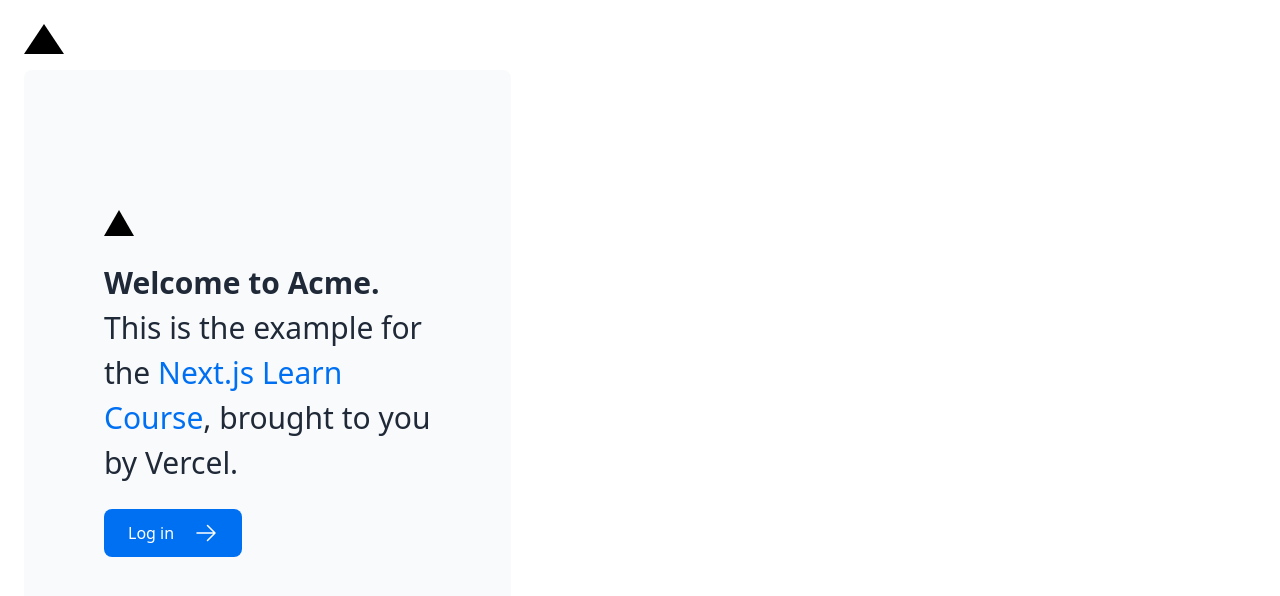
Repository: xnxnxnxn/nextjs-dashboard
Page: /
An editor plug-in stored every save of this project. The page is shown before and after a run of saves, followed by the edit.
The browser window is 1280 px wide. The pictures show the whole page.
The project was rebuilt for these pictures with package versions that can differ from the ones it lists, and the page was loaded fresh each time. The framework's server and built-in components were replaced by stand-ins that run in the browser. Also part of the build but not shown: next.config.mjs.

Above is the page before, as saved 2024-08-14 16:18:40.

After the next 4 saves:
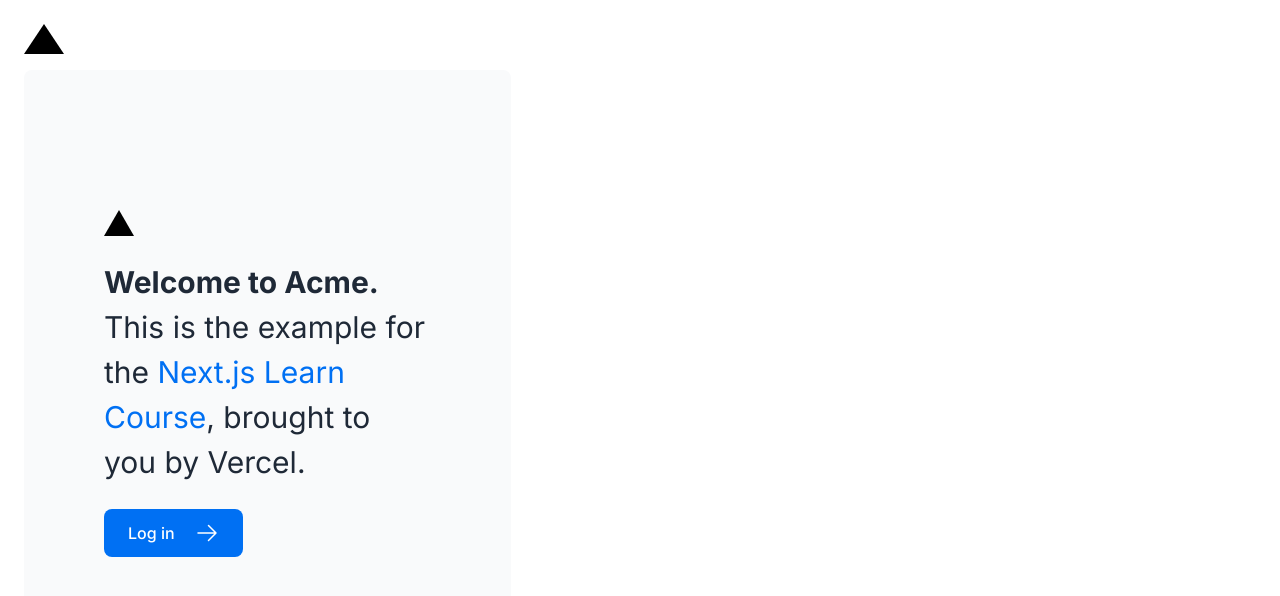
The 4 saves are shown as one change because 3 did not build or start.
The last was saved 2 min 38 s later.
--- a/app/layout.tsx
+++ b/app/layout.tsx
@@ -4,7 +4,7 @@
 export default function RootLayout({ children }: { children: React.ReactNode }) {
   return (
     <html lang="en">
-      <body>{children}</body>
+      <body className={`${inter.className} antialiased`}>{children}</body>
     </html>
   );
 }
--- a/app/ui/fonts.ts
+++ b/app/ui/fonts.ts
@@ -1 +1,2 @@
-import { Inter } from "next/font/google";
+import { Inter, Lusitana } from "next/font/google";
+export const inter = Inter({ subsets: ["latin"] });
